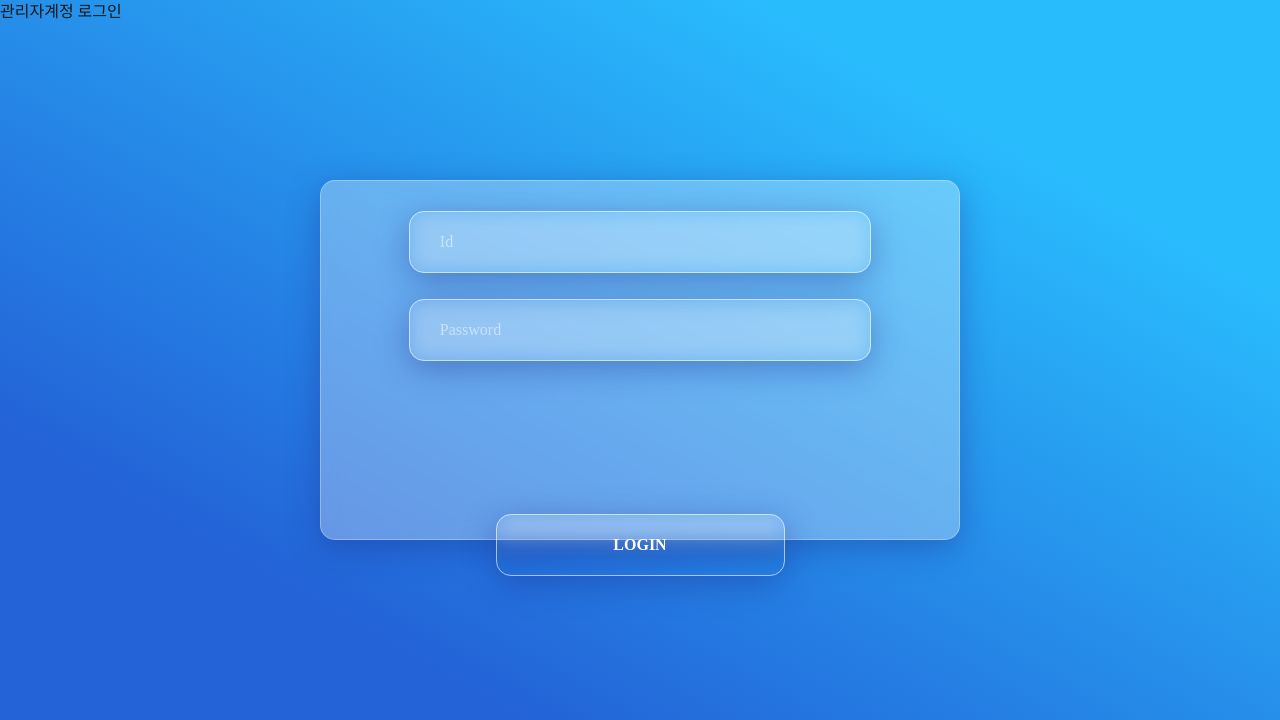
Repository: LEEYONGJUN3068/cms
Page: /login
An editor plug-in stored every save of this project. The page is shown before and after the next save, followed by the edit.
The browser window is 1280 px wide. The pictures show the whole page.
The page's requests for data from a server got no answer. The project was rebuilt for these pictures with package versions that can differ from the ones it lists, and the page was loaded fresh each time. The framework's server and built-in components were replaced by stand-ins that run in the browser. No one was signed in, and anything a server would have sent is missing. Also part of the build but not shown: next.config.mjs.

Above is the page before, as saved 2025-09-23 14:16:16.

### src/app/layout.js
import { Geist, Geist_Mono } from "next/font/google";
import "./globals.css";
import AppLoader from "@/components/AppLoader";
import "../styles/globals.scss";

const geistSans = Geist({
  variable: "--font-geist-sans",
  subsets: ["latin"],
});

const geistMono = Geist_Mono({
  variable: "--font-geist-mono",
  subsets: ["latin"],
});

export const metadata = {
  title: "Create Next App",
  description: "Generated by create next app",
  stylesheets: [
    {
      rel: 'stylesheet',
      as: 'style',
      crossOrigin: 'anonymous',
      href: 'https://cdn.jsdelivr.net/gh/orioncactus/pretendard@v1.3.9/dist/web/static/pretendard.min.css',
    },
  ],
};

export default function RootLayout({ children }) {
  return (
    <html lang="ko">
      <body
        className={`${geistSans.variable} ${geistMono.variable} antialiased`}
      >
        <AppLoader>{children}</AppLoader>
      </body>
    </html>
  );
}

### src/app/login/page.jsx
'use client'
import { useState } from 'react'
import { supabase } from '@/lib/supabaseClient'
import { useRouter } from 'next/navigation'
import styles from './login.module.scss'

export default function Login() {
  const [email,setEmail] = useState('')
  const [password,setPassword] = useState('')
  const router = useRouter()

  const handleLogin = async (e) => {
    e.preventDefault()
    const { data, error } = await supabase.auth.signInWithPassword({ email, password })
    if (error) alert(error.message)
    else router.push('/dashboard')
  }

  return (
    <div className={styles.loginContainer}>
      <h2>관리자계정 로그인</h2>
      <div className={styles.form}>
        <form onSubmit={handleLogin}>
          <input
            type="email"
            placeholder="Id"
            value={email}
            onChange={(e)=>setEmail(e.target.value)}
            required
          />
          <input
            type="password"
            placeholder="Password"
            value={password}
            onChange={(e)=>setPassword(e.target.value)}
            required
          />
          <button type="submit" className={styles.loginBtn}>LOGIN</button>
        </form>
      </div>
    </div>
  )
}

### src/app/globals.css
@import "tailwindcss";

:root {
  --background: #ffffff;
  --foreground: #171717;
}

@theme inline {
  --color-background: var(--background);
  --color-foreground: var(--foreground);
  --font-sans: var(--font-geist-sans);
  --font-mono: var(--font-geist-mono);
}

@media (prefers-color-scheme: dark) {
  :root {
    --background: #0a0a0a;
    --foreground: #ededed;
  }
}

body {
  background: var(--background);
  color: var(--foreground);
  font-family: 'Pretendard';
}

### src/components/AppLoader.jsx
"use client";

import { useState, useEffect } from "react";
import dynamic from 'next/dynamic'; // dynamic import 추가

// LoadingScreen 컴포넌트를 dynamic으로 불러오고, ssr을 false로 설정합니다.
// 이렇게 하면 이 컴포넌트는 오직 브라우저에서만 렌더링됩니다.
const LoadingScreen = dynamic(() => import('./LoadingScreen'), { ssr: false });

const AppLoader = ({ children }) => {
  const [loading, setLoading] = useState(true);

  useEffect(() => {
    const isFirstVisit = sessionStorage.getItem("isFirstVisit");

    if (isFirstVisit) {
      setLoading(false);
    } else {
      sessionStorage.setItem("isFirstVisit", "false");
      setTimeout(() => {
        setLoading(false);
      }, 3000);
    }
  }, []);

  return loading ? <LoadingScreen /> : <>{children}</>;
};

export default AppLoader;

### src/styles/globals.scss
button{
    &:hover{
        cursor: pointer;
    }
}

### src/app/login/login.module.scss
.loginContainer{
    background: linear-gradient(to bottom left, #29bcfd 20%, #2362d7 80%);
    width: 100%;
    height: 100vh;

    .form{
        position: absolute;
        left: 50%;
        top: 50%;
        transform: translate(-50%, -50%);
        width: 50%;
        height: 50vh;
        background: rgba(255, 255, 255, 0.3);
        backdrop-filter: blur(10px);
        -webkit-backdrop-filter: blur(10px); /* Safari 브라우저 지원 */
        border: 1px solid rgba(255, 255, 255, 0.3);
        box-shadow: 0 8px 32px 0 rgba(31, 38, 135, 0.37);
        border-radius: 15px;
        padding: 30px;
        color: white;

        input{
            width: 80%;
            height: 5vh;
            backdrop-filter: blur(10px);
            -webkit-backdrop-filter: blur(10px); /* Safari 브라우저 지원 */
            border: 1px solid rgba(255, 255, 255, 0.6);
            box-shadow: 0 8px 32px 0 rgba(31, 38, 135, 0.37);
            border-radius: 15px;
            padding: 30px;
            color: white;
            margin-bottom: 2vw;
        }

        form{
            display: flex;
            flex-direction: column;
            justify-content: center;
            align-items: center;
        }

        .loginBtn{
            display: flex;
            align-items: center;
            justify-content: center;
            width: 50%;
            height: 5vh;
            backdrop-filter: blur(10px);
            -webkit-backdrop-filter: blur(10px); /* Safari 브라우저 지원 */
            border: 1px solid rgba(255, 255, 255, 0.6);
            box-shadow: 0 8px 32px 0 rgba(31, 38, 135, 0.37);
            border-radius: 15px;
            padding: 30px;
            font-weight: bold;
            color: white;
            margin-top: 10vw;

            &:hover{
                background-color: #fff;
                color: #2362d7;
                transition: all 0.5s;
            }
        }
    }
}

### src/components/LoadingScreen.jsx
"use client";

// lottie-react에서 Player를 가져옵니다.
import { Player } from "@lottiefiles/react-lottie-player";

const LoadingScreen = () => {
  return (
    <div style={{
      position: 'fixed',
      top: 0,
      left: 0,
      width: '100%',
      height: '100%',
      backgroundColor: '#000',
      display: 'flex',
      flexDirection: 'column',
      justifyContent: 'center',
      alignItems: 'center',
      zIndex: 9999,
    }}>
        <p style={{
            fontSize: 'clamp(0px, 5vw, 32px)',
            fontWeight: 'bold',
        }}>
          포트폴리오 화면을 구성중입니다
        </p>
        <Player
          autoplay
          loop
          src="https://lottie.host/dfe9ce55-f0b7-4bb0-bcd2-241897b61dec/JhkEyDhSuU.json"
          style={{ width: 'clamp(0px, 50vw, 300px)', height: 'auto' }}
        />
    </div>
  );
};

export default LoadingScreen;

Loaded but not shown: src/lib/supabaseClient.js (common file)

After the next save:
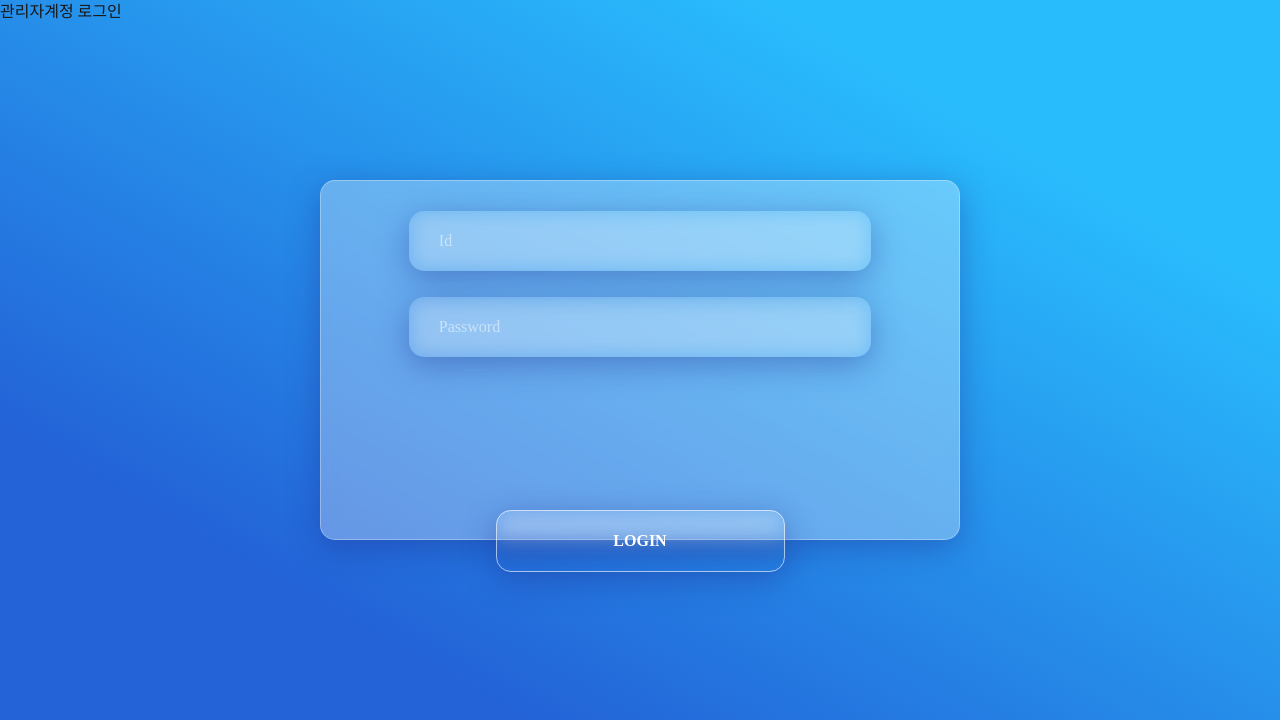
Saved 33 s later.
--- a/src/app/login/login.module.scss
+++ b/src/app/login/login.module.scss
@@ -24,7 +24,6 @@
             height: 5vh;
             backdrop-filter: blur(10px);
             -webkit-backdrop-filter: blur(10px); /* Safari 브라우저 지원 */
-            border: 1px solid rgba(255, 255, 255, 0.6);
             box-shadow: 0 8px 32px 0 rgba(31, 38, 135, 0.37);
             border-radius: 15px;
             padding: 30px;
